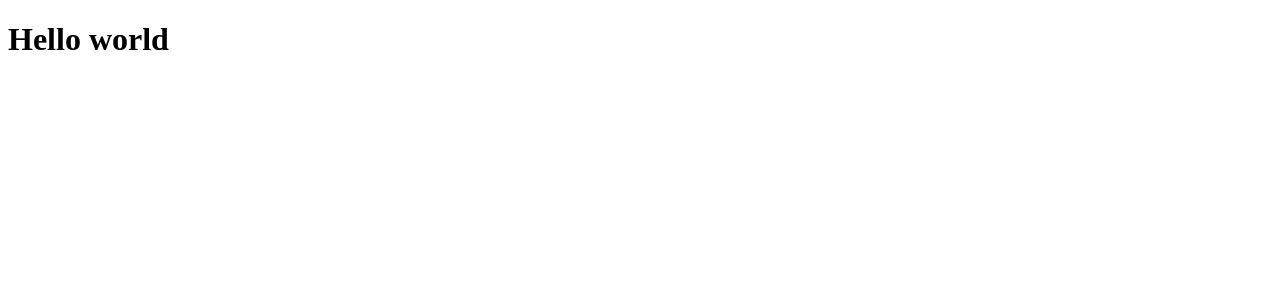
Repository: dxn1025/hello
Page: index.html
The author's editor kept a record of every edit. The page is drawn from the files as they stood at one moment, then again after the next edit.
The browser window is 1280 px wide. The pictures show the whole page.

Above is the page before.

### index.html
<!DOCTYPE html>
<html lang="en">
<head>
    <meta charset="UTF-8">
    <meta name="viewport" content="width=device-width, initial-scale=1.0">
    <meta http-equiv="X-UA-Compatible" content="ie=edge">
    <title>Document</title>

</head>
<body>
    <h1>Hello world</h1>
</body>
</html>

Loaded but not shown: css/style.css (common file)

After the next edit:
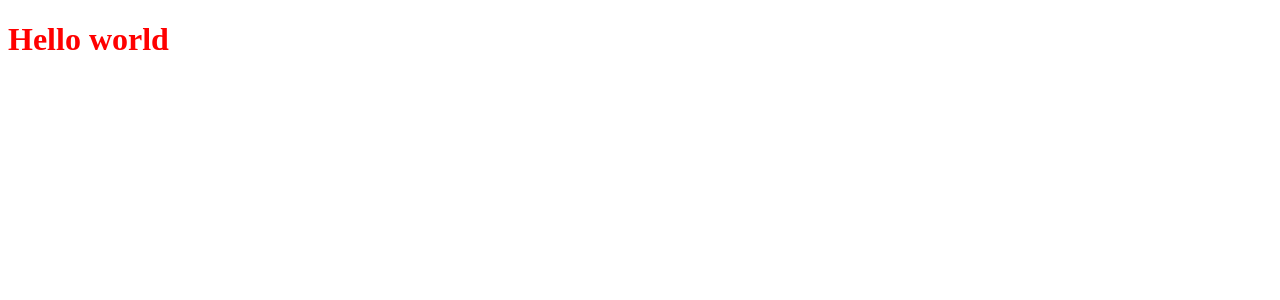
The edit:
--- a/index.html
+++ b/index.html
@@ -4,7 +4,8 @@
     <meta charset="UTF-8">
     <meta name="viewport" content="width=device-width, initial-scale=1.0">
     <meta http-equiv="X-UA-Compatible" content="ie=edge">
-    <title>Document</title>
+    <link rel="stylesheet" href="./css/style.css" type="text/css" />
+    <title>Hello </title>
 
 </head>
 <body>
